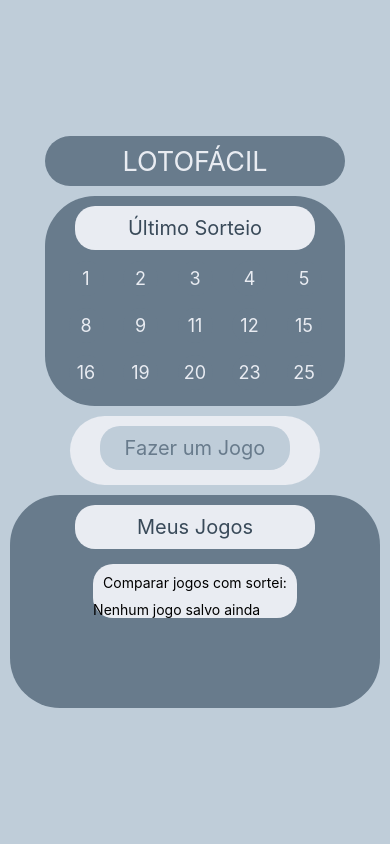
Repository: Deyvid-Kasteh/LotofacilApp
Screen: /
The author's editor kept a copy of each file at every save. The screen is drawn from the files as they stood at one save, then again after a run of saves.
The app was drawn by React Native's web renderer in a window 390 px wide. The project was rebuilt for these pictures with package versions that can differ from the ones it lists, and the page was loaded fresh each time. Also part of the build but not shown: Bolhas.js, components/Resultado.js, paginaTESTE.js, paginaTESTE2.js, SeuComponentePai.js, components/Jogo.js, components/ResultadoTexte2.js.

Above is the screen before, as saved 2023-12-03 01:35:59.

### App.js
import { StatusBar } from 'expo-status-bar';
import { Text, View } from 'react-native';
import MainPage from './pages/MainPage';

export default function App() {
  return (
    <MainPage/>
  );
}

### pages/MainPage.js
import { View, Text } from 'react-native'
import React from 'react'
import { StatusBar } from "expo-status-bar";
import Resultado from '../components/Resultado';
import PaginaTesteee from '../paginaTESTE';
import Teste2pagina from '../paginaTESTE2';
import SeuComponentePai from '../SeuComponentePai';
import ResultadoTexte from '../components/ResultadoTexte';
import ResultadoTexte2 from '../components/ResultadoTexte2';
import MostrarJogosSalvos from '../components/MostrarJogosSalvos';
import ResultadoTexteParaFazerCorreções from '../paginaTESTE';
import PickerTeste from '../paginaTESTE';






const MainPage = () => {
  return (
    <View
      style={{
        flex: 1,
        alignItems: "center",
        justifyContent: "flex-start",
        backgroundColor: "#BFCDD9",
      }}
    >
      <StatusBar style="auto" />
      {/* <Text>Lotofácil</Text> */}
      {/* <Resultado /> */}
      {/* <PaginaTesteee /> */}
      {/* <Teste2pagina/> */}
      {/* <SeuComponentePai/> */}
      <ResultadoTexte />
      {/* <PickerTeste /> */}
      {/* <ResultadoTexte2/> */}
      {/* <MostrarJogosSalvos /> */}
    </View>
  );
}

export default MainPage

### components/ResultadoTexte.js
import { View, Text, TouchableOpacity } from "react-native";
import React, { useState } from "react";
import AsyncStorage from "@react-native-async-storage/async-storage";

import Bubble from "./Bubble";
import latestJson from "../Latest.json";
import Bolhas from "../Bolhas";
import Jogo from "./Jogo";
import MostrarJogosSalvos from "./MostrarJogosSalvos";

// Defina constantes para cores
const backgroundColor1 = "#687B8C";
const backgroundColor2 = "#394A59";
const backgroundColor3 = "#E9ECF2";

const bolhasContainerStyle = {
  flexWrap: "wrap",
  flexDirection: "row",
  alignContent: "center",
  justifyContent: "space-evenly",
};
const ResultadoTexte = () => {
  const [viewHeight, setViewHeight] = useState(50);
  const toggleHeight = () => {
    const newHeight = viewHeight === 50 ? 200 : 50;
    setViewHeight(newHeight);
    console.log("mudou");
  };

  const [alturaView1, setAlturaView1] = useState(200);
  const toggleAltura = () => {
    const novaAltura = alturaView1 === 200 ? 50 : 200;
    setAlturaView1(novaAltura);
  };

  const [alturaView3, setAlturaView3] = useState(200);
  const toggleAlturaView3 = () => {
    const novaAlturaView3 = alturaView3 === 200 ? 50 : 200;
    setAlturaView3(novaAlturaView3);
  };

  const dezenas = latestJson.Dezenas;

  const renderFazerJogo = () => {
    const [chosenNumbers, setChosenNumbers] = useState([]);
    const bolhasSelecionadas = chosenNumbers.length;
    const onSaveJogoPress = async () => {
      if (bolhasSelecionadas === 15) {
        try {
          // Recupera os jogos já salvos (se existirem)
          const jogosSalvosJSON = await AsyncStorage.getItem("meusJogos");
          const jogosSalvos = jogosSalvosJSON
            ? JSON.parse(jogosSalvosJSON)
            : [];

          // Cria um objeto representando o jogo atual
          const jogoAtual = {
            numerosSelecionados: chosenNumbers,
            data: new Date().toLocaleString(),
          };

          // Adiciona o jogo atual à lista de jogos
          jogosSalvos.push(jogoAtual);

          // Salva a lista atualizada de jogos no AsyncStorage
          await AsyncStorage.setItem("meusJogos", JSON.stringify(jogosSalvos));

          console.log("Jogo salvo!");
          // Limpa os números escolhidos após salvar o jogo
          setChosenNumbers([]);
        } catch (error) {
          console.error("Erro ao salvar o jogo:", error);
        }
      } else {
        console.log("Selecione exatamente 15 números para salvar o jogo.");
      }
    };
    const handleBolhaPress = (numero) => {
      if (chosenNumbers.includes(numero)) {
        setChosenNumbers(chosenNumbers.filter((num) => num !== numero));
      } else {
        if (bolhasSelecionadas < 15) {
          setChosenNumbers([...chosenNumbers, numero]);
        }
      }
    };
    const dezenasParaEscolher = Array.from({ length: 25 }, (_, i) => i + 1);

    if (viewHeight === 50) {
      return null;
    } else {
      return (
        <View style={{ justifyContent: "center", alignItems: "center" }}>
          <View style={{}}>
            <Text
              style={{
                color: backgroundColor3,
                fontSize: 16,
              }}
            >
              Escolha 15 números
            </Text>
          </View>
          <View style={bolhasContainerStyle}>
            {dezenasParaEscolher.map((numero, index) => (
              <Bolhas
                key={index}
                numero={numero}
                choose={chosenNumbers.includes(numero)}
                onPress={() => handleBolhaPress(numero)}
              />
            ))}
          </View>
          <View key="números" style={{}}>
            <Text
              style={{
                color: backgroundColor3,
                fontSize: 16,
              }}
            >
              {bolhasSelecionadas} números selecionados
            </Text>
            <TouchableOpacity onPress={onSaveJogoPress}>
              <Text
                style={{
                  color: bolhasSelecionadas === 15 ? "green" : backgroundColor3,
                }}
              >
                SALVAR JOGO
              </Text>
            </TouchableOpacity>
            {/* <TouchableOpacity onPress={onDeleteJogosPress}>
              <Text style={{ color: "red" }}>DELETAR JOGOS</Text>
            </TouchableOpacity> */}
          </View>
        </View>
      );
    }
  };

  const renderConferirJogos = () => {
    if (alturaView3 === 50) {
      return null; // Retorna null se a altura for 50
    } else {
      return (
        <View style={bolhasContainerStyle}>
          <MostrarJogosSalvos />
        </View>
      );
    }
  };

  return (
    <View
      style={{
        flex: 1,
        justifyContent: "center",
        alignItems: "center",
      }}
    >
      <View
        style={{
          width: 300,
          height: 50,
          borderRadius: 50,
          alignItems: "center",
          justifyContent: "center",
          elevation: 2,
          backgroundColor: backgroundColor1,
          marginBottom: 10,
        }}
      >
        <Text
          style={{
            color: backgroundColor3,
            fontSize: 27,
          }}
        >
          LOTOFÁCIL
        </Text>
      </View>

      <View
        key="1"
        style={[
          {
            width: 300,
            padding: 10,
            borderRadius: 50,
            alignItems: "center",
            elevation: 2,
            backgroundColor: backgroundColor1,
            marginBottom: 10,
          },
          alturaView1 === 50
            ? { width: 250, backgroundColor: "#E9ECF2" }
            : { width: 300, backgroundColor: "#687B8C" },
        ]}
      >
        <TouchableOpacity
          style={[
            {
              width: 240,
              backgroundColor: backgroundColor3,
              elevation: 5,
              justifyContent: "center",
              alignItems: "center",
              padding: 10,
              borderRadius: 20,
              marginBottom: 5,
            },
            alturaView1 === 50
              ? { width: 190, backgroundColor: "#BFCDD9" }
              : { width: 240, backgroundColor: "#E9ECF2" },
          ]}
          onPress={() => toggleAltura()}
        >
          <Text
            style={{
              fontSize: 20,
              color: alturaView1 === 50 ? backgroundColor1 : backgroundColor2,
            }}
          >
            Último Sorteio
          </Text>
        </TouchableOpacity>

        {alturaView1 === 200 && (
          <View style={bolhasContainerStyle}>
            {dezenas.map((numero, index) => (
              <Bubble key={index} numero={numero} />
            ))}
          </View>
        )}
      </View>

      <View
        key="2"
        style={[
          {
            width: 300,
            padding: 10,
            borderRadius: 50,
            alignItems: "center",
            elevation: 2,
            marginBottom: 10,
          },
          viewHeight === 50
            ? { width: 250, backgroundColor: "#E9ECF2" }
            : { width: 300, backgroundColor: "#687B8C" },
        ]}
      >
        <TouchableOpacity
          style={[
            {
              width: 240,
              elevation: 5,
              justifyContent: "center",
              alignItems: "center",
              padding: 10,
              borderRadius: 20,
              marginBottom: 5,
            },
            viewHeight === 50
              ? { width: 190, backgroundColor: "#BFCDD9" }
              : { width: 240, backgroundColor: "#E9ECF2" },
          ]}
          onPress={() => toggleHeight()}
        >
          <Text
            style={{
              fontSize: 20,
              color: viewHeight === 50 ? backgroundColor1 : backgroundColor2,
            }}
          >
            Fazer um Jogo
          </Text>
        </TouchableOpacity>
        {renderFazerJogo()}
      </View>
      <View
        key="3"
        style={[
          {
            width: 300,
            padding: 10,
            borderRadius: 50,
            alignItems: "center",
            elevation: 2,
          },
          alturaView3 === 50
            ? { width: 250, backgroundColor: "#E9ECF2" }
            : { width: 370, backgroundColor: "#687B8C" },
        ]}
      >
        <TouchableOpacity
          style={[
            {
              width: 240,
              elevation: 5,
              justifyContent: "center",
              alignItems: "center",
              padding: 10,
              borderRadius: 20,
              marginBottom: 5,
            },
            alturaView3 === 50
              ? { width: 190, backgroundColor: "#BFCDD9" }
              : { width: 240, backgroundColor: "#E9ECF2" },
          ]}
          onPress={() => toggleAlturaView3()}
        >
          <Text
            style={{
              fontSize: 20,
              color: alturaView3 === 50 ? backgroundColor1 : backgroundColor2,
            }}
          >
            Meus Jogos
          </Text>
        </TouchableOpacity>
        {renderConferirJogos()}
        {/* <MostrarJogosSalvos/> */}
      </View>
    </View>
  );
};

export default ResultadoTexte;

### components/MostrarJogosSalvos.js
import React, { useState, useEffect } from "react";
import { View, Text, TouchableOpacity } from "react-native";
import AsyncStorage from "@react-native-async-storage/async-storage";
import Jogo from "./Jogo";
import * as Cores from "../assets/Cores";


const MostrarJogosSalvos = () => {
  const [jogosSalvos, setJogosSalvos] = useState([]);

  // Adicione a função saveJogos
  const saveJogos = async (jogos) => {
    try {
      await AsyncStorage.setItem("meusJogos", JSON.stringify(jogos));
    } catch (error) {
      console.error("Erro ao salvar jogos:", error);
    }
  };

  const handleDelete = async (index) => {
    try {
      const jogosAtualizados = [...jogosSalvos];
      jogosAtualizados.splice(index, 1);

      await saveJogos(jogosAtualizados);

      setJogosSalvos(jogosAtualizados);
    } catch (error) {
      console.error("Erro ao deletar jogo:", error);
    }
  };

  useEffect(() => {
    const carregarJogosSalvos = async () => {
      try {
        const jogosSalvosJSON = await AsyncStorage.getItem("meusJogos");
        const jogosSalvos = jogosSalvosJSON ? JSON.parse(jogosSalvosJSON) : [];
        setJogosSalvos(jogosSalvos);
      } catch (error) {
        console.error("Erro ao carregar jogos salvos:", error);
      }
    };

    carregarJogosSalvos();
  }, []);

  return (
    <View
      style={{
        borderRadius: 20,
        backgroundColor: Cores.cor1,
        marginTop: 10,
        marginBottom: 80,
      }}
    >
      <View
        style={{
          margin: 10,
        }}
      >
        <View>
          <Text>Comparar jogos com sortei:</Text>
        </View>
        <View></View>
        <View></View>
      </View>
      {jogosSalvos.length === 0 ? (
        <Text>Nenhum jogo salvo ainda</Text>
      ) : (
        jogosSalvos.map((jogo, index) => (
          <Jogo
            key={index}
            numerosSelecionados={jogo.numerosSelecionados}
            onDelete={() => handleDelete(index)}
          />
        ))
      )}
    </View>
  );
};

export default MostrarJogosSalvos;

### components/Bubble.js
import { View, Text } from "react-native";
import React from "react";

const Bubble = (props) => {
  if (props.choose) {console.log(props.choose)}
  return (
    <View
      style={[
        {
          width: 35,
          height: 35,
          // backgroundColor: "#394A59",
          // backgroundColor: "#687B8C",

          borderRadius: 50,
          alignContent: "center",
          justifyContent: "center",
          alignItems: "center",
          margin: 6,
          // elevation: 5,
          opacity: 1,
        },
        props.choose
          ? { backgroundColor: "#394A59" }
          : { backgroundColor: "#687B8C" },
      ]}
    >
      <Text
        style={{
          color: "#E9ECF2",
          fontSize: 18,
        }}
      >
        {props.numero}
      </Text>
    </View>
  );
};

export default Bubble;

### Latest.json
{
  "concurso": 2960,
  "Data Sorteio": "22/11/2023",
  "Dezenas": [
    1,
    2,
    3,
    4,
    5,
    8,
    9,
    11,
    12,
    15,
    16,
    19,
    20,
    23,
    25
  ],
  "Ganhadores 15 acertos": 3,
  "Cidade / UF": "BRASILIA/DF; JARAGUA/GO; IPATINGA/MG",
  "Premio 15 Acertos": "R$1.639.439,24",
  "Ganhadores 14 Acertos": 433,
  "Premio 14 Acertos": "R$1.732,84",
  "Ganhadores 13 Acertos": 13831,
  "Premio 13 Acertos": "R$30,00",
  "Ganhadores 12 Acertos": 163567,
  "Premio 12 Acertos": "R$12,00",
  "Ganhadores 11 Acertos": 882304,
  "Premio 11 Acertos": "R$6,00"
}

### assets/Cores.js
export const cor1 = "#E9ECF2"; // Cor mais clara
export const cor2 = "#BFCDD9";
export const cor3 = "#95ACBF";
export const cor4 = "#687B8C";
export const cor5 = "#394A59"; // Cor mais escura

After the next 4 saves:
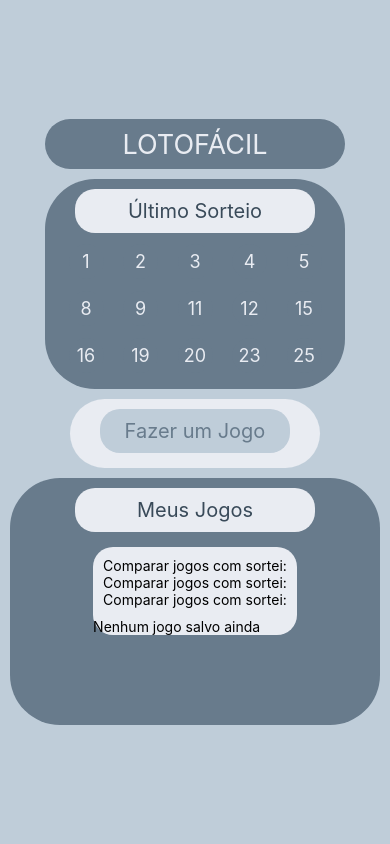
The 4 saves are shown as one change because they came seconds apart.
The last was saved 27 s later.
--- a/components/MostrarJogosSalvos.js
+++ b/components/MostrarJogosSalvos.js
@@ -61,8 +61,12 @@
         <View>
           <Text>Comparar jogos com sortei:</Text>
         </View>
-        <View></View>
-        <View></View>
+        <View>
+          <Text>Comparar jogos com sortei:</Text>
+        </View>
+        <View>
+          <Text>Comparar jogos com sortei:</Text>
+        </View>
       </View>
       {jogosSalvos.length === 0 ? (
         <Text>Nenhum jogo salvo ainda</Text>
